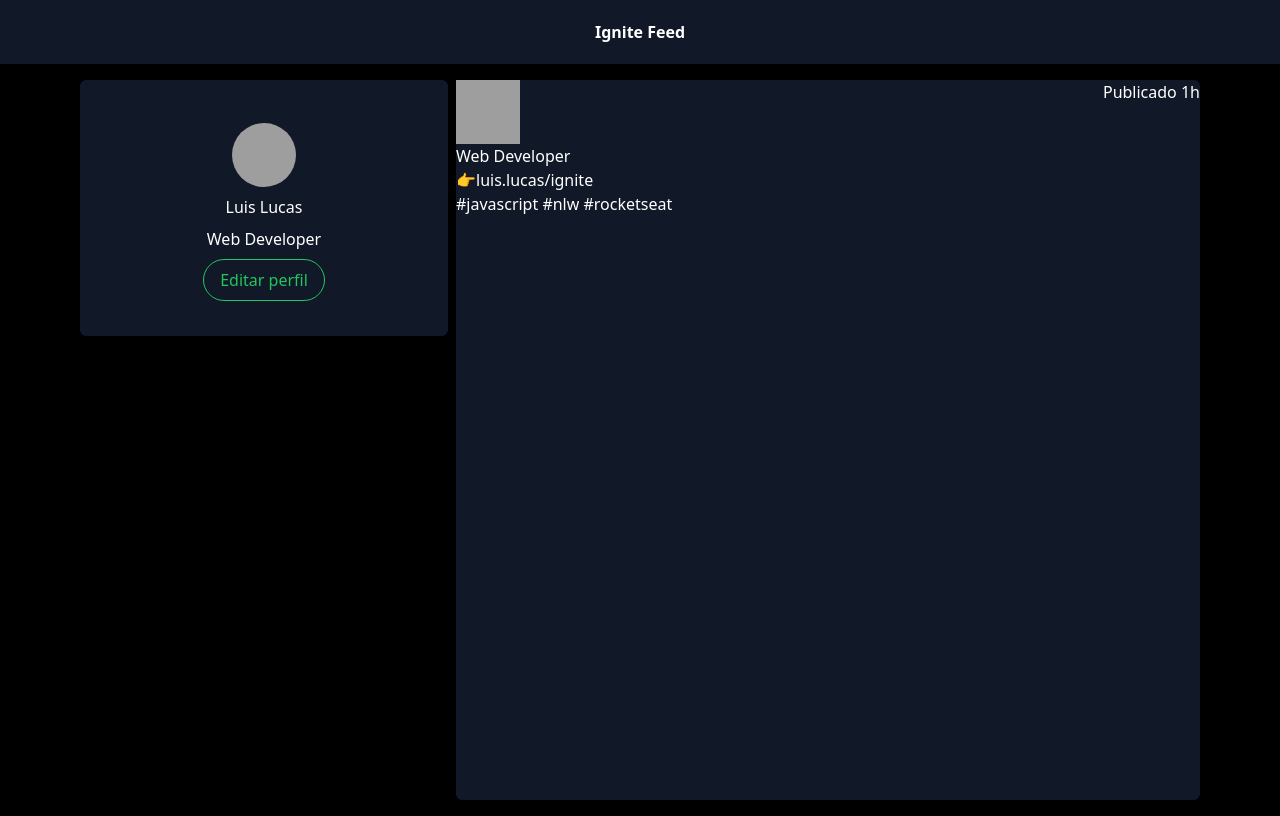
Repository: LuisSempre/ignite-feed
Page: /
An editor plug-in stored every save of this project. The page is shown before and after the next save, followed by the edit.
The browser window is 1280 px wide. The pictures show the whole page.
Pictures or frames that could not be fetched are drawn as grey boxes. The project was rebuilt for these pictures with package versions that can differ from the ones it lists, and the page was loaded fresh each time. Also part of the build but not shown: vite.config.js.

Above is the page before, as saved 2022-07-13 23:01:22.

After the next save:
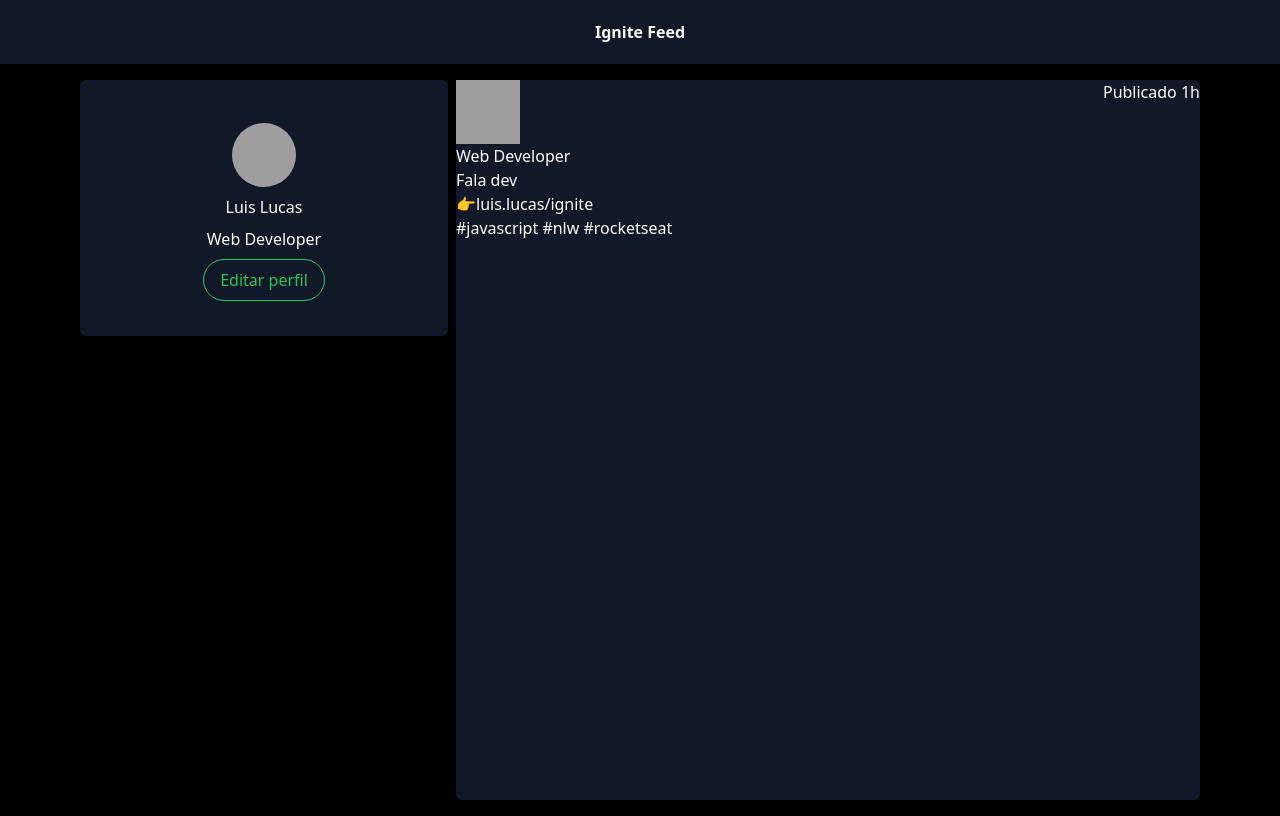
Saved 3 min 43 s later.
--- a/src/Components/Post.jsx
+++ b/src/Components/Post.jsx
@@ -16,6 +16,9 @@ export function Post() {
       </div>
       <div>
         <p>
+            Fala dev
+        </p>
+        <p>
           👉luis.lucas/ignite
           <p>#javascript #nlw #rocketseat</p>
         </p>
